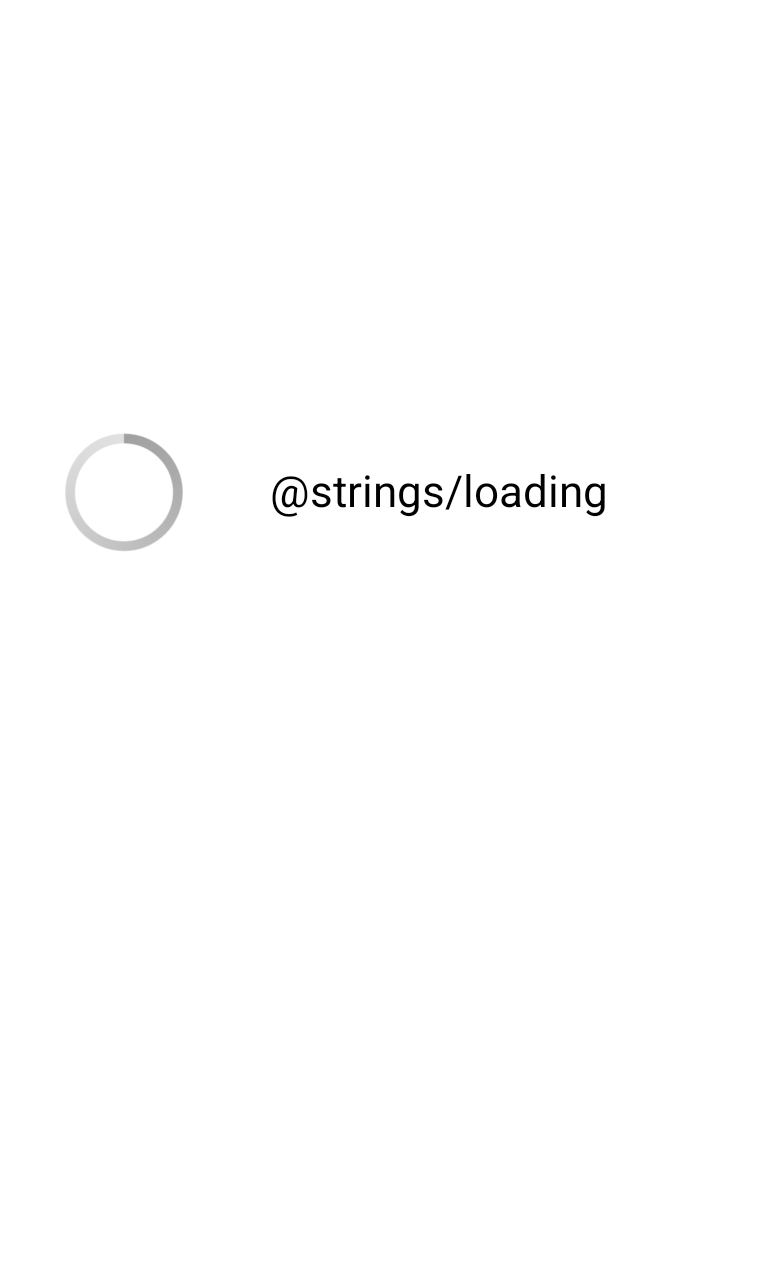
Repository: numaiomul/eclipse_workspace
Layout: CIS/res/layout/loading_scene.xml
The author's editor kept a copy of each file at every save. The layout is drawn from the files as they stood at one save, then again after the next save.
It is drawn on a 768 x 1280 px phone screen (xhdpi) without system bars, with theme AppTheme; the app's code is not run.

Above is the layout before, as saved 2012-10-28 02:13:07.

After the next save:
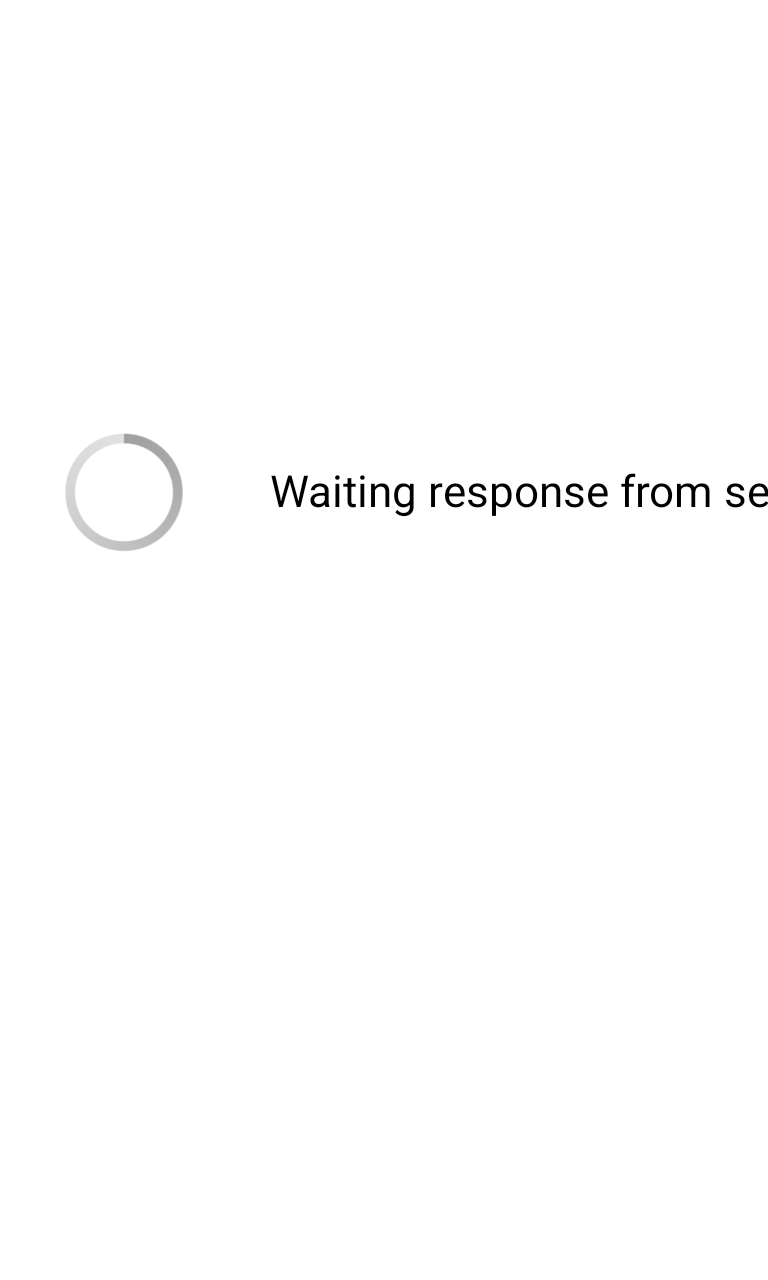
Saved 19 s later.
--- a/CIS/res/layout/loading_scene.xml
+++ b/CIS/res/layout/loading_scene.xml
@@ -17,7 +17,7 @@
         android:layout_height="wrap_content"
         android:layout_x="135dp"
         android:layout_y="230dp"
-        android:text="@strings/loading"
+        android:text="@string/loading"
         android:textAppearance="?android:attr/textAppearanceLarge" />
 
 </AbsoluteLayout>
